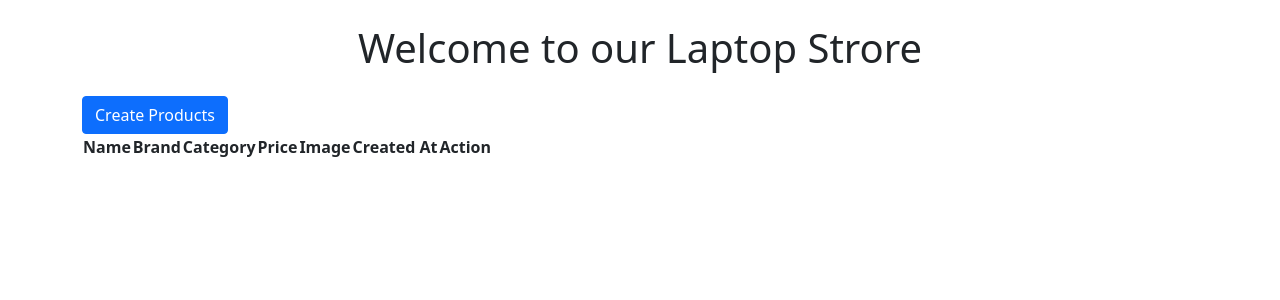
Repository: SulemanBhasha/Crud-App-By-SpringBoot
Page: http://localhost/Products/index
The author's editor kept a copy of each file at every save. The page is drawn from the files as they stood at one save, then again after the next save.
The browser window is 1280 px wide. The pictures show the whole page.
The page is this project's Thymeleaf template; nobody is signed in. The template is opened directly, without the code that normally fills it, so the values that code supplies are empty.

Above is the page before, as saved 2024-04-22 19:00:10.

### LaptopStore/bestlaptopstore/src/main/resources/templates/Products/index.html
<!doctype html>
<html lang="en">
  <head>
    <!-- Required meta tags -->
    <meta charset="utf-8">
    <meta name="viewport" content="width=device-width, initial-scale=1">

    <!-- Bootstrap CSS -->
    <link href="https://cdn.jsdelivr.net/npm/bootstrap@5.0.2/dist/css/bootstrap.min.css" rel="stylesheet" integrity="sha384-EVSTQN3/azprG1Anm3QDgpJLIm9Nao0Yz1ztcQTwFspd3yD65VohhpuuCOmLASjC" crossorigin="anonymous">

    <title>create product</title>
  </head>
  <body>

 	<div class="container">
		 <h1 class="text-center my-4">Welcome to our Laptop Strore</h1>
		 <a href="/products/create" class="btn btn-primary"> Create Products</a>
		 <table>
			 <thead>
				 <tr>
					 <th>Name</th>
					 <th>Brand</th>
					 <th>Category</th>
					 <th>Price</th>
					 <th>Image</th>
					 <th>Created At</th>
					 <th>Action</th>
				 </tr>
			 </thead>
		 </table>
	 </div>























    <!-- Option 1: Bootstrap Bundle with Popper -->
    <script src="https://cdn.jsdelivr.net/npm/bootstrap@5.0.2/dist/js/bootstrap.bundle.min.js" integrity="sha384-MrcW6ZMFYlzcLA8Nl+NtUVF0sA7MsXsP1UyJoMp4YLEuNSfAP+JcXn/tWtIaxVXM" crossorigin="anonymous"></script>

    <!-- Option 2: Separate Popper and Bootstrap JS -->
    <!--
    <script src="https://cdn.jsdelivr.net/npm/@popperjs/core@2.9.2/dist/umd/popper.min.js" integrity="sha384-IQsoLXl5PILFhosVNubq5LC7Qb9DXgDA9i+tQ8Zj3iwWAwPtgFTxbJ8NT4GN1R8p" crossorigin="anonymous"></script>
    <script src="https://cdn.jsdelivr.net/npm/bootstrap@5.0.2/dist/js/bootstrap.min.js" integrity="sha384-cVKIPhGWiC2Al4u+LWgxfKTRIcfu0JTxR+EQDz/bgldoEyl4H0zUF0QKbrJ0EcQF" crossorigin="anonymous"></script>
    -->
  </body>
</html>

After the next save:
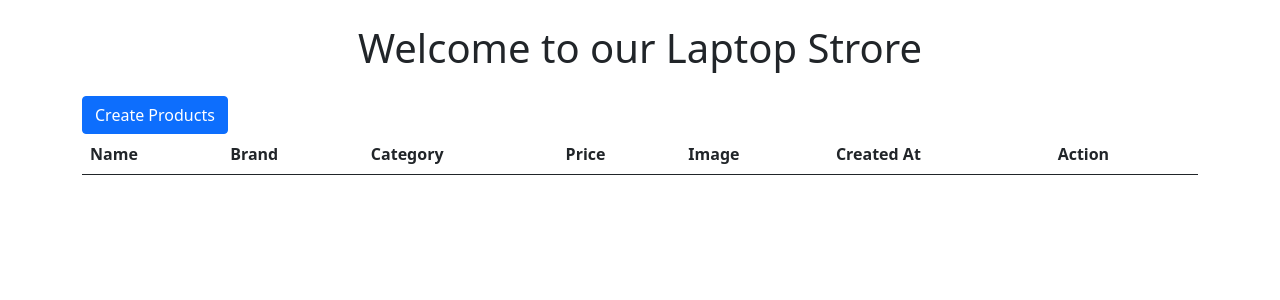
Saved 8 min 24 s later.
--- a/LaptopStore/bestlaptopstore/src/main/resources/templates/Products/index.html
+++ b/LaptopStore/bestlaptopstore/src/main/resources/templates/Products/index.html
@@ -15,7 +15,7 @@
  	<div class="container">
 		 <h1 class="text-center my-4">Welcome to our Laptop Strore</h1>
 		 <a href="/products/create" class="btn btn-primary"> Create Products</a>
-		 <table>
+		 <table class="table">
 			 <thead>
 				 <tr>
 					 <th>Name</th>
@@ -27,6 +27,9 @@
 					 <th>Action</th>
 				 </tr>
 			 </thead>
+			 <tbody>
+
+			 </tbody>
 		 </table>
 	 </div>
 
